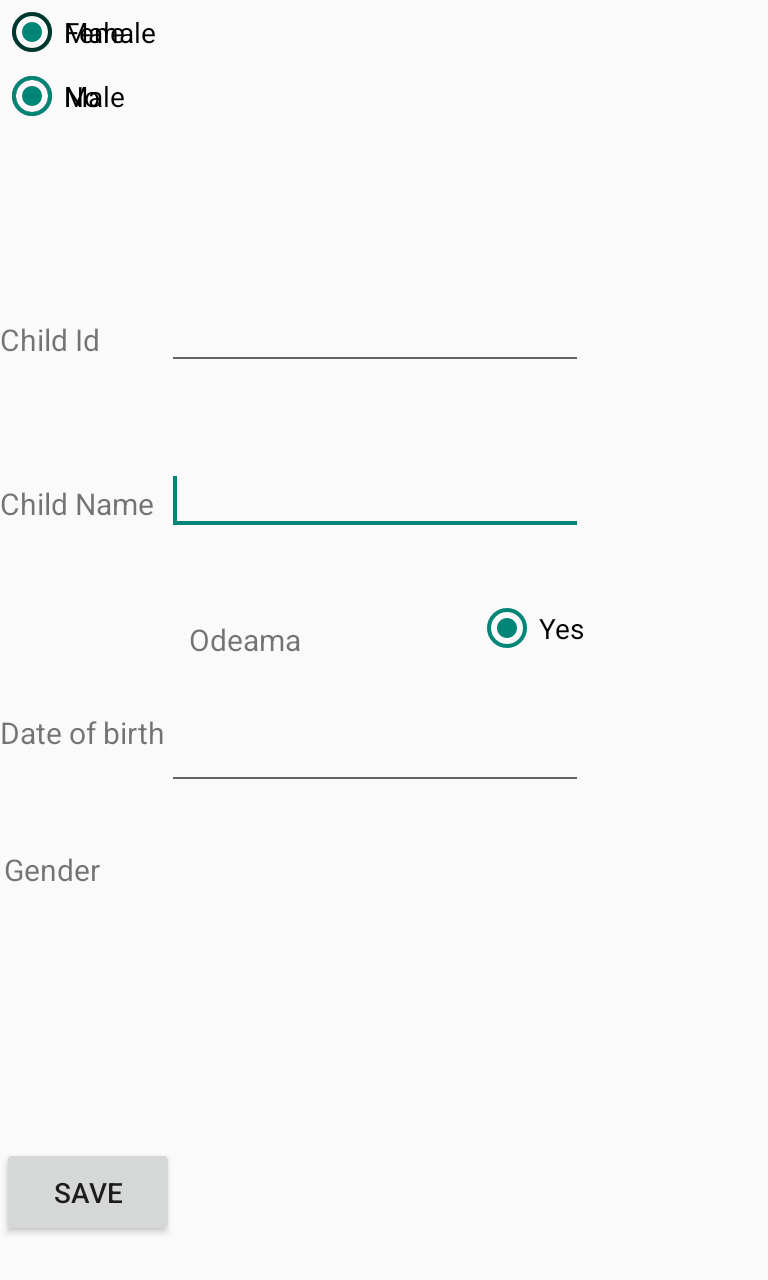
Repository: Team-7/hopeworldwide
Layout: workspace/HopeWWdatabase/res/layout/activity_main.xml
An editor plug-in stored every save of this project. The layout is shown before and after the next save, followed by the edit.
It is drawn on a 768 x 1280 px phone screen (xhdpi) without system bars, with theme AppTheme; the app's code is not run.

Above is the layout before, as saved 2014-04-10 10:01:19.

After the next save:
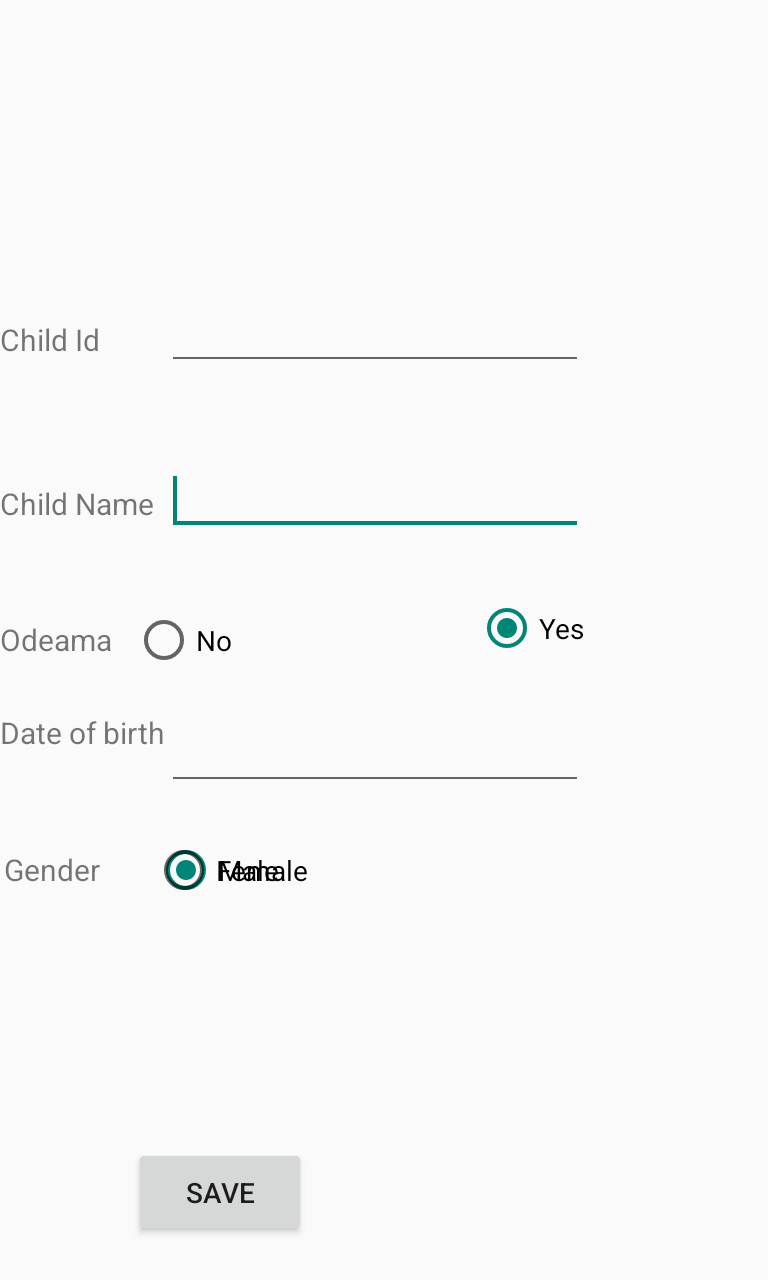
Saved 5 min 58 s later.
--- a/workspace/HopeWWdatabase/res/layout/activity_main.xml
+++ b/workspace/HopeWWdatabase/res/layout/activity_main.xml
@@ -20,30 +20,7 @@
             android:ems="10"
             android:inputType="number" />
 
-        <RadioGroup
-            android:id="@+id/radioOdeama"
-            android:layout_width="wrap_content"
-            android:layout_height="wrap_content" >
 
-            <RadioButton
-            android:id="@+id/genderMale"
-            android:layout_width="wrap_content"
-            android:layout_height="wrap_content"
-            android:layout_alignBaseline="@+id/textView5"
-            android:layout_alignBottom="@+id/textView5"
-            android:layout_alignRight="@+id/editText3"
-            android:layout_marginRight="32dp"
-            android:checked="true"
-            android:text="Male" />
-
-        <RadioButton
-            android:id="@+id/odeamNo"
-            android:layout_width="wrap_content"
-            android:layout_height="wrap_content"
-            android:layout_above="@+id/textView4"
-            android:layout_centerHorizontal="true"
-            android:text="No" />
-        </RadioGroup>
 
         <EditText
             android:id="@+id/editText3"
@@ -53,32 +30,12 @@
             android:layout_alignTop="@+id/textView4"
             android:ems="10"
             android:inputType="date" />
-
         <RadioGroup
-            android:id="@+id/radioGender"
+            android:id="@+id/radioOdeama"
             android:layout_width="wrap_content"
             android:layout_height="wrap_content" >
+        </RadioGroup>
 
-            <RadioButton
-            android:id="@+id/genderFemale"
-            android:layout_width="wrap_content"
-            android:layout_height="wrap_content"
-            android:layout_alignLeft="@+id/editText3"
-            android:layout_alignTop="@+id/textView5"
-            android:text="Female" />
-
-            <RadioButton
-            android:id="@+id/genderMale"
-            android:layout_width="wrap_content"
-            android:layout_height="wrap_content"
-            android:layout_alignBaseline="@+id/textView5"
-            android:layout_alignBottom="@+id/textView5"
-            android:layout_alignRight="@+id/editText3"
-            android:layout_marginRight="32dp"
-            android:checked="true"
-            android:text="Male" />
-
-        </RadioGroup>
 
         <TextView
             android:id="@+id/textView4"
@@ -155,6 +112,13 @@
             android:text="Gender"
             android:textSize="15sp" />
 
+         <RadioGroup
+            android:id="@+id/radioGender"
+            android:layout_width="wrap_content"
+            android:layout_height="wrap_content" >
+
+        </RadioGroup>
+
         <Button
             android:id="@+id/button1"
             android:layout_width="wrap_content"
@@ -164,6 +128,34 @@
             android:layout_marginBottom="20dp"
             android:text="save" />
 
+        <RadioButton
+            android:id="@+id/genderMale"
+            android:layout_width="wrap_content"
+            android:layout_height="wrap_content"
+            android:layout_alignBaseline="@+id/textView5"
+            android:layout_alignBottom="@+id/textView5"
+            android:layout_toRightOf="@+id/textView2"
+            android:checked="true"
+            android:text="Male" />
+
+        <RadioButton
+            android:id="@+id/genderFemale"
+            android:layout_width="wrap_content"
+            android:layout_height="wrap_content"
+            android:layout_alignBaseline="@+id/genderMale"
+            android:layout_alignBottom="@+id/genderMale"
+            android:layout_marginLeft="20dp"
+            android:layout_toRightOf="@+id/textView3"
+            android:text="Female" />
+
+        <RadioButton
+            android:id="@+id/odeamNo"
+            android:layout_width="wrap_content"
+            android:layout_height="wrap_content"
+            android:layout_alignLeft="@+id/button1"
+            android:layout_centerVertical="true"
+            android:text="No" />
+
     </RelativeLayout>
 
 </FrameLayout>
